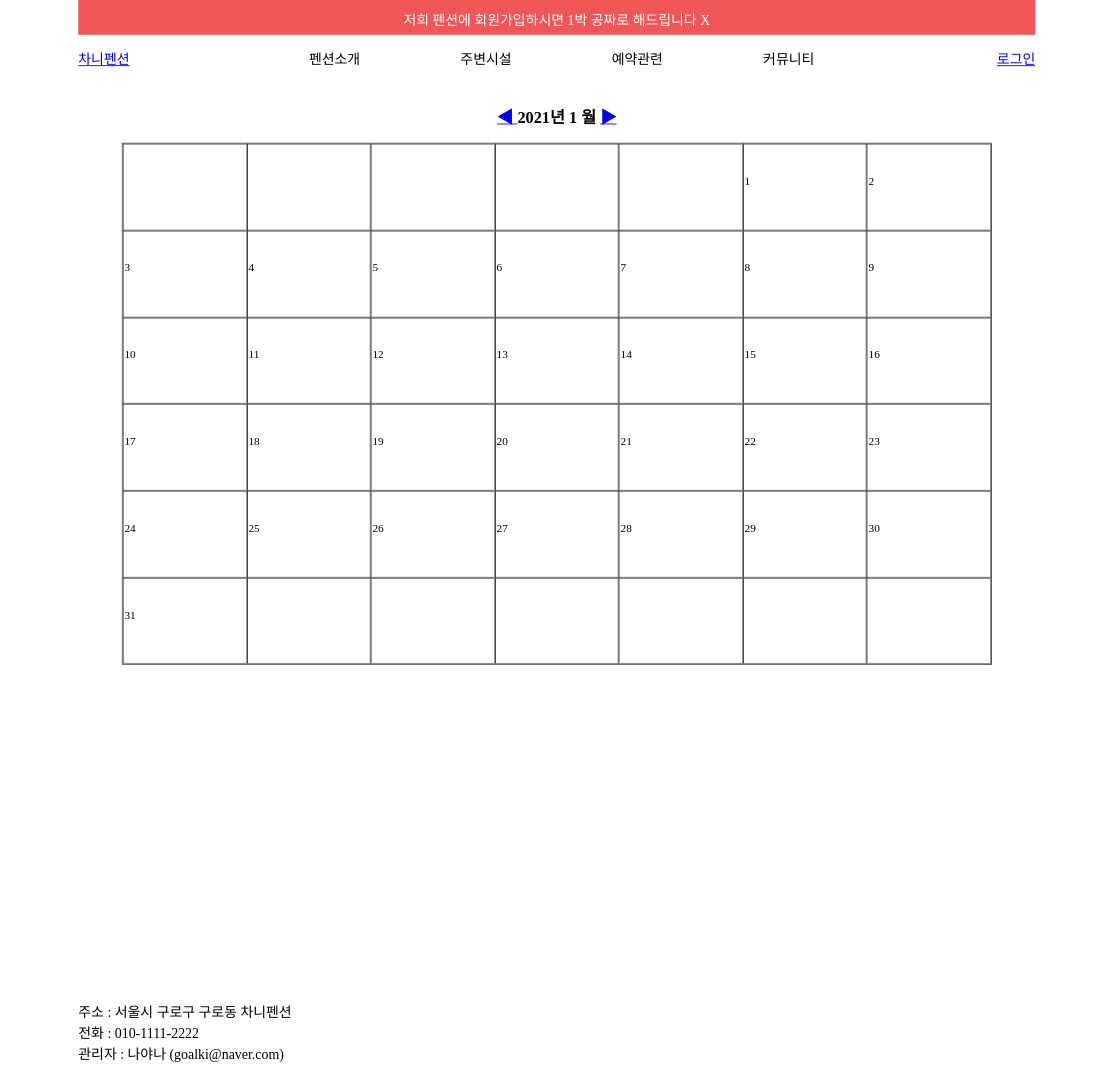
Repository: goalki/pension
Page: http://localhost/pension/reserve/reserve.jsp
The author's editor kept a copy of each file at every save. The page is drawn from the files as they stood at one save, then again after the next save.
The browser window is 1280 px wide. The pictures show the whole page, at 87% of full size.
The page is served by Tomcat 9. Queries for data that is not in the repository find no rows.

Above is the page before, as saved 2021-01-20 06:29:28.

After the next save:
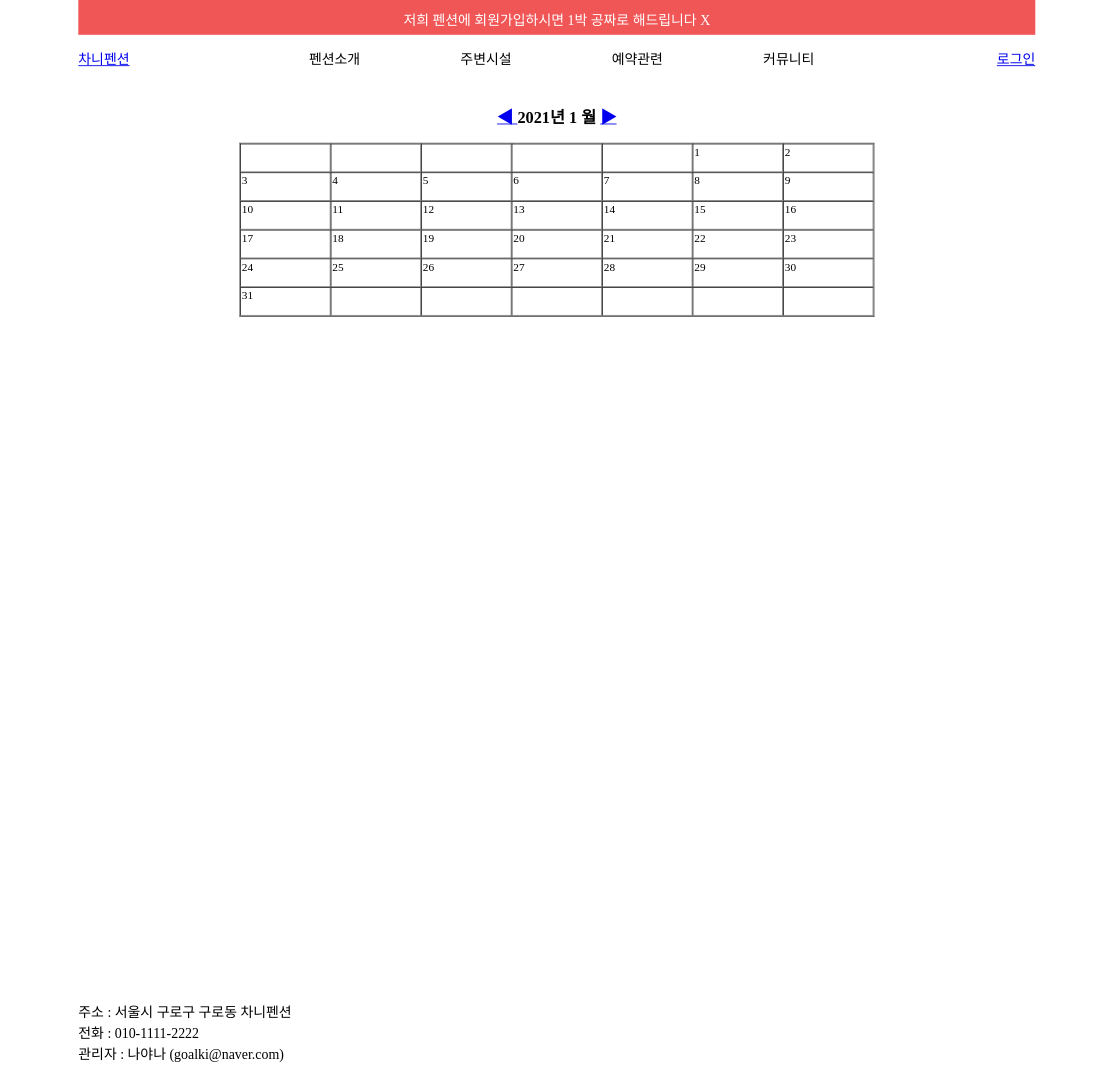
Saved 12 s later.
--- a/pension/WebContent/reserve/reserve.jsp
+++ b/pension/WebContent/reserve/reserve.jsp
@@ -75,7 +75,7 @@
   }
  </style>
  <div id="section">
-   <table width="1000" height="600"   align="center" border="1" cellspacing="0">
+   <table   align="center" border="1" cellspacing="0">
     <caption> <h3> <a href="reserve.jsp?y=${y1}&m=${m1}"> ◀  </a> ${y}년 ${m} 월 <a href="reserve.jsp?y=${y2}&m=${m2}"> ▶  </a> </h3> </caption>
    <c:set var="day" value="1"/> <!-- pageContext 영역에 만들어진다. -->
    <fmt:formatDate var="today" value="<%=new java.util.Date()%>" pattern="yyyy-MM-dd"/>
